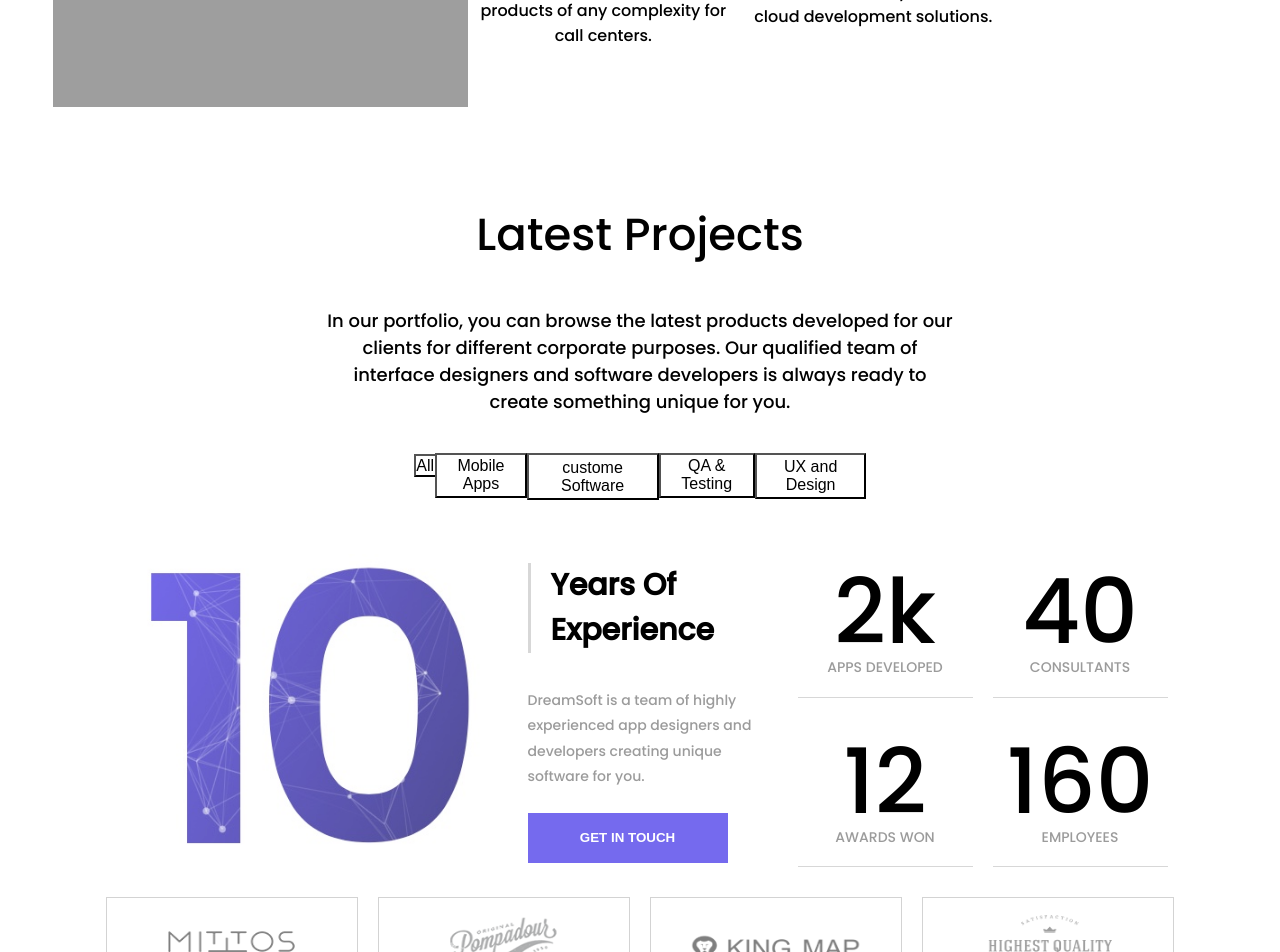
Repository: kkyler24/ladders-bootcamp-awesome
Page: index.html
The author's editor kept a copy of each file at every save. The page is drawn from the files as they stood at one save, then again after the next save.
The browser window is 1280 px wide. The pictures show the part of the page from y = 1232 to 2184 px (the page is 6165 px tall).
Pictures or frames that could not be fetched are drawn as grey boxes.

Above is the page before, as saved 2021-03-20 10:15:06.

After the next save:
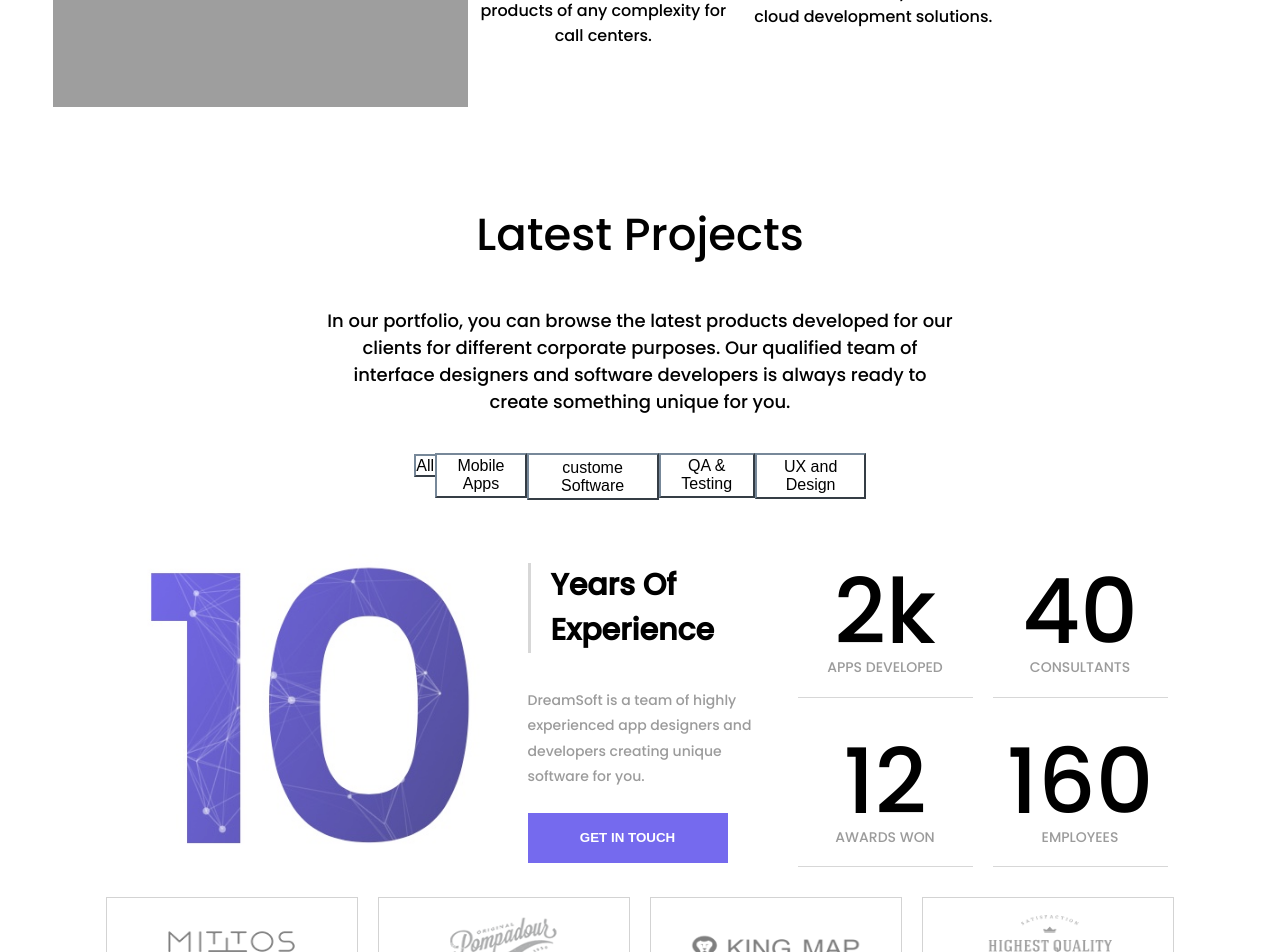
Saved 77 s later.
--- a/kstyle.css
+++ b/kstyle.css
@@ -117,4 +117,6 @@ margin-bottom: 3%;
   padding: 3%;
  font-size: 16px;
  background-color: transparent;
+ border-left-width: 2px;
+ border-color: lightslategray;
 }
